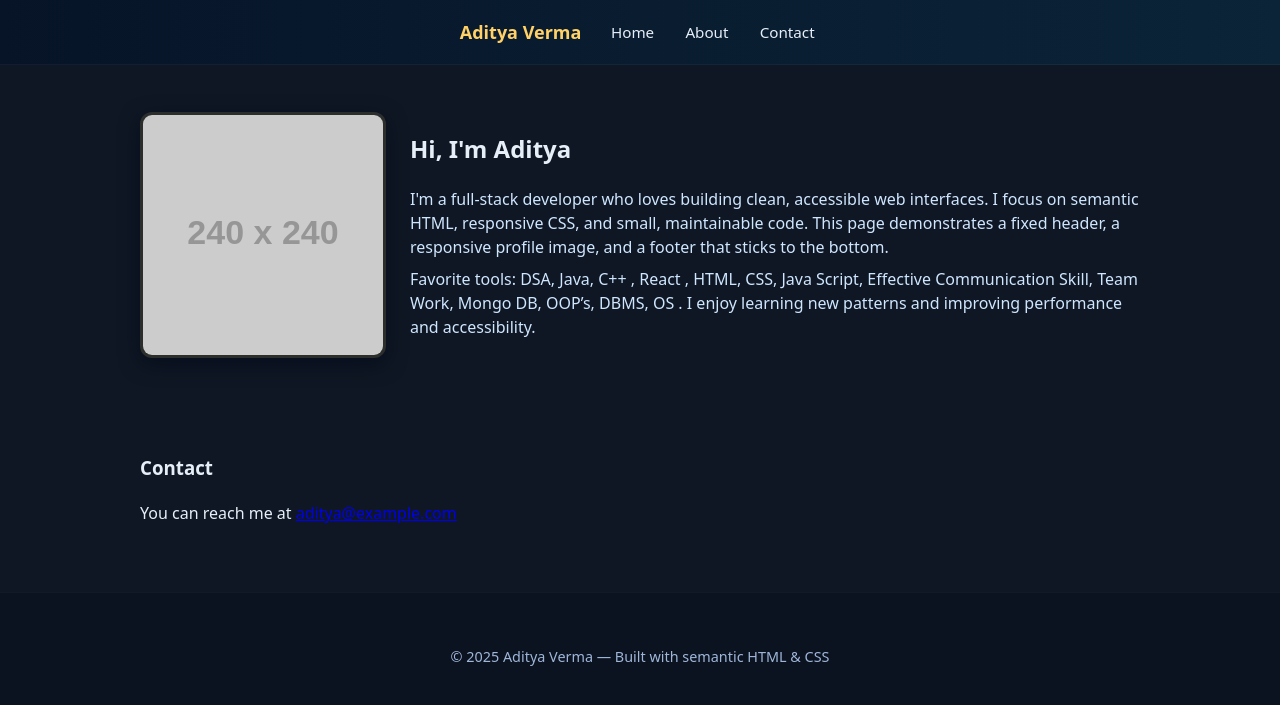
Repository: AdityaTech-Pro/FullStackWithBridgelabz
Page: Assignment5/Ques1/index.html
The author's editor kept a copy of each file at every save. The page is drawn from the files as they stood at one save, then again after the next save.
The browser window is 1280 px wide. The pictures show the whole page.

Above is the page before, as saved 2025-11-04 09:00:59.

### Assignment5/Ques1/index.html
<!doctype html>
<html lang="en">

<head>
    <meta charset="utf-8" />
    <meta name="viewport" content="width=device-width, initial-scale=1" />
    <title>Aditya Verma — Portfolio</title>
    <link rel="stylesheet" href="styles.css" />
</head>

<body>
    <header class="site-header">
        <div class="container header-inner">
            <h1 class="site-title">Aditya Verma</h1>
            <nav class="site-nav" aria-label="Primary">
                <ul>
                    <li><a href="#home">Home</a></li>
                    <li><a href="#about">About</a></li>
                    <li><a href="#contact">Contact</a></li>
                </ul>
            </nav>
        </div>
    </header>

    <main id="home" class="site-main">
        <section id="about" class="intro container">
            <img src="https://via.placeholder.com/240" alt="Profile photo of Aditya Verma" class="profile-img" />
            <div class="bio">
                <h2>Hi, I'm Aditya</h2>
                <p>
                    I'm a full-stack developer who loves building clean, accessible web interfaces. I focus on semantic HTML, responsive CSS, and small, maintainable code. This page demonstrates a fixed header, a responsive profile image, and a footer that sticks to the
                    bottom.
                </p>
                <p>
                    Favorite tools: DSA, Java, C++ , React , HTML, CSS, Java Script, Effective Communication Skill, Team Work, Mongo DB, OOP’s, DBMS, OS . I enjoy learning new patterns and improving performance and accessibility.
                </p>
            </div>
        </section>

        <section id="contact" class="container contact">
            <h3>Contact</h3>
            <p>
                You can reach me at <a href="mailto:aditya@example.com">aditya@example.com</a>
            </p>
        </section>
    </main>

    <footer class="site-footer">
        <div class="container footer-inner">
            <p>&copy; <span id="year">2025</span> Aditya Verma — Built with semantic HTML &amp; CSS</p>
        </div>
    </footer>
</body>

</html>

### Assignment5/Ques1/styles.css
/* Base and layout ---------------------------------------------------------- */
:root {
  --bg: #0f1724; /* deep bluish background */
  --card: #0b1220; /* slightly darker card */
  --accent: #ffd166; /* warm accent for highlights */
  --text: #e6eef8; /* light text for high contrast */
}

/* Make body a column flex container so footer can be pushed to bottom.
   min-height uses viewport height (vh) to ensure page fills the screen. */
html, body {
  height: 100%;
}
body {
  margin: 0;
  font-family: system-ui, -apple-system, 'Segoe UI', Roboto, 'Helvetica Neue', Arial;
  background: var(--bg);
  color: var(--text);
  display: flex;
  flex-direction: column;
  min-height: 100vh; /* uses vh unit */
  line-height: 1.5;
  font-size: 16px; /* base size in px */
}

/* Utility container to center content and constrain width.
   max-width uses px; horizontal padding uses rem for scalability. */
.container {
  max-width: 1000px; /* px */
  margin: 0 auto;
  padding: 1.5rem; /* rem */
}

/* Header: fixed to top so it stays visible while scrolling.
   Use px for explicit header height and rem for inner spacing. */
.site-header {
  position: fixed; /* requirement: fixed header */
  top: 0;
  left: 0;
  right: 0;
  height: 64px; /* px */
  background: linear-gradient(90deg, #071428, #0b2438);
  border-bottom: 1px solid rgba(255,255,255,0.04);
  z-index: 50;
  display: flex;
  align-items: center;
}

.header-inner {
  display: flex;
  align-items: center;
  justify-content: space-between;
  gap: 1.25em; /* em */
}

.site-title {
  font-size: 1.125rem; /* rem (relative to base) */
  margin: 0;
  padding-left: 0.25rem;
  color: var(--accent);
}

.site-nav ul {
  list-style: none;
  display: flex;
  gap: 0.75rem; /* em */
  margin: 0;
  padding: 0;
}
.site-nav a {
  color: var(--text);
  text-decoration: none;
  padding: 0.4rem 0.6rem; /* uses rem for vertical rhythm */
  border-radius: 6px; /* px */
  font-size: 0.95rem; /* rem */
}
.site-nav a:hover,
.site-nav a:focus {
  background: rgba(255,209,102,0.08);
  color: var(--accent);
}

/* Main: add top padding equal to header height so content isn't hidden
   behind the fixed header. We use calc with px and rem to demonstrate units. */
.site-main {
  flex: 1 0 auto;
  padding-top: calc(64px + 1rem); /* px + rem */
}

.intro {
  display: flex;
  align-items: center;
  gap: 1.5rem; /* rem */
  padding: 2rem 0; /* rem */
}

/* Profile image: use percentage for width so it scales within the intro area.
   Add rem-based border-radius for consistent rounding. */
.profile-img {
  width: 28%; /* % unit */
  max-width: 240px; /* px fallback */
  height: auto;
  border-radius: 0.75rem; /* rem */
  border: 3px solid rgba(255,209,102,0.12);
  box-shadow: 0 6px 20px rgba(2,6,23,0.6);
}

.bio h2 {
  margin-top: 0;
  font-size: 1.5rem; /* rem */
}
.bio p {
  margin: 0.5rem 0 0; /* px and rem combo implicitly */
  color: #cfe6ff;
}

.contact {
  margin-top: 3vh; /* uses vh to add vertical spacing relative to viewport */
  padding-bottom: 2rem;
}

/* Footer: use flexbox layout inside and make it visually distinct.
   The footer is kept at the bottom because body is a column flex container
   and main has flex:1 so footer naturally sits at the bottom. */
.site-footer {
  background: var(--card);
  padding: 0.9rem 0; /* rem */
  border-top: 1px solid rgba(255,255,255,0.03);
  color: #9fb6d8;
}
.footer-inner {
  display: flex;
  justify-content: center;
  align-items: center;
  font-size: 0.9rem; /* rem */
}

/* Responsive tweaks: stack image above bio on narrow screens. */
@media (max-width: 720px) {
  .intro {
    flex-direction: column;
    text-align: center;
  }
  .profile-img {
    width: 40%;
  }
  .site-nav ul {
    gap: 0.5rem;
  }
}

/* Small accessibility tweak: ensure focus outlines are visible */
a:focus {
  outline: 3px solid rgba(255,209,102,0.18);
  outline-offset: 3px;
}

After the next save:
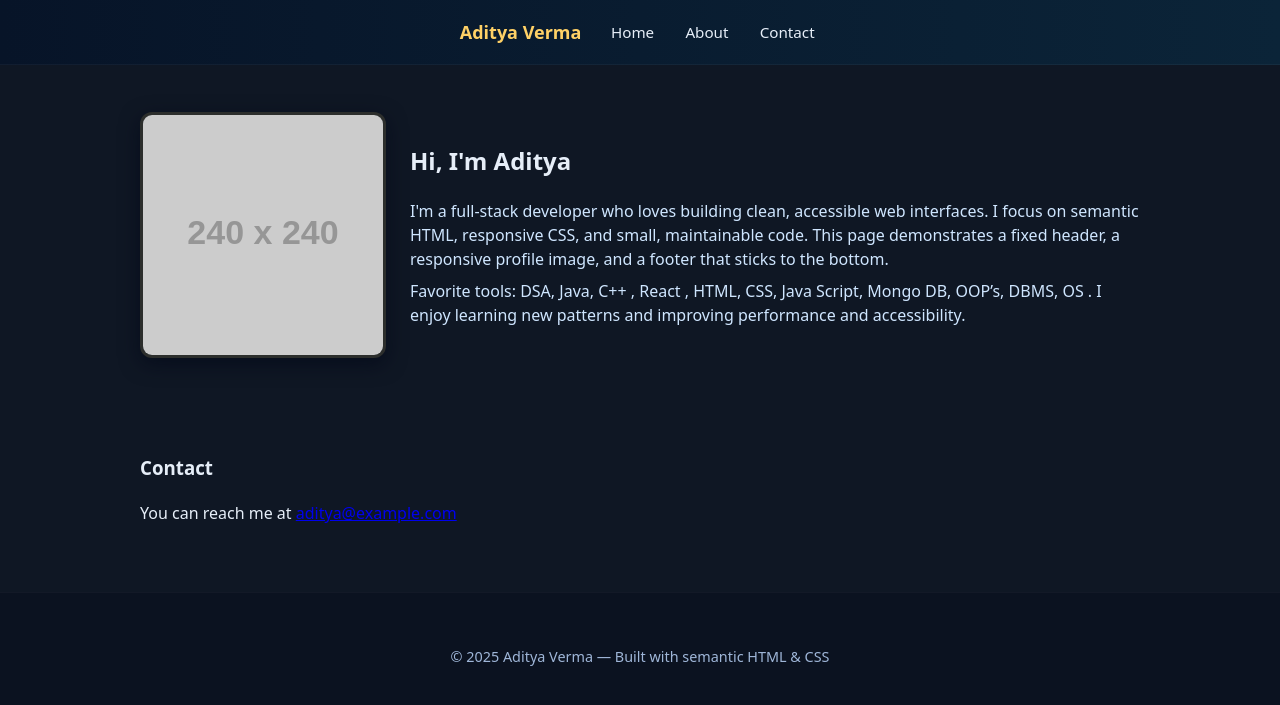
Saved 28 s later.
--- a/Assignment5/Ques1/index.html
+++ b/Assignment5/Ques1/index.html
@@ -32,7 +32,7 @@
                     bottom.
                 </p>
                 <p>
-                    Favorite tools: DSA, Java, C++ , React , HTML, CSS, Java Script, Effective Communication Skill, Team Work, Mongo DB, OOP’s, DBMS, OS . I enjoy learning new patterns and improving performance and accessibility.
+                    Favorite tools: DSA, Java, C++ , React , HTML, CSS, Java Script, Mongo DB, OOP’s, DBMS, OS . I enjoy learning new patterns and improving performance and accessibility.
                 </p>
             </div>
         </section>
